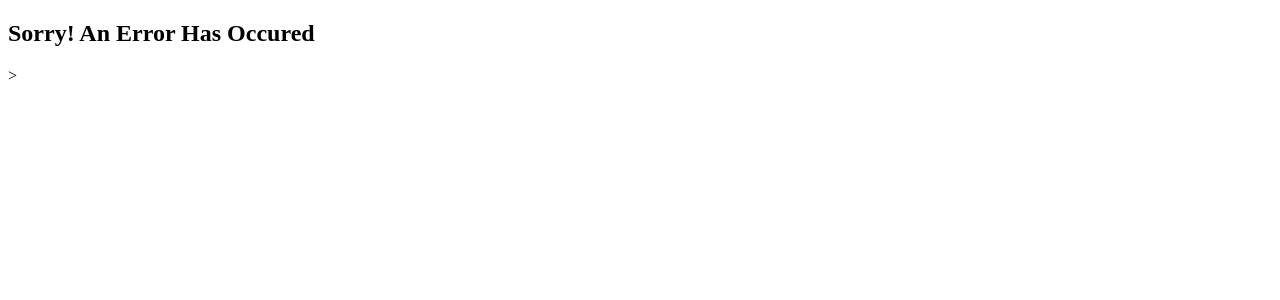
Repository: nagarjuna0287/workspace
Page: http://localhost/JspProject/error.jsp
These files come from the project's save history. The page is drawn as it stood at one moment and after the next save; the edit follows.
The browser window is 1280 px wide. The pictures show the whole page.
The page is served by Tomcat 9.

Above is the page before, as saved 2017-03-12 19:39:04.

After the next save:
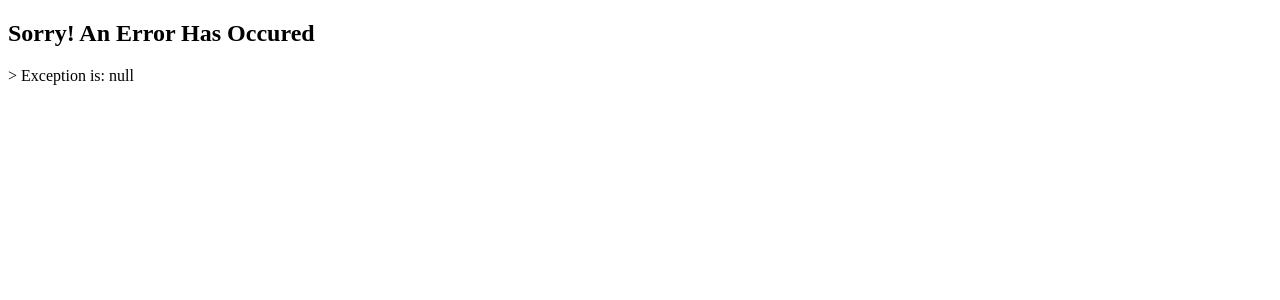
Saved 2 min 4 s later.
--- a/JspProject/WebContent/error.jsp
+++ b/JspProject/WebContent/error.jsp
@@ -9,5 +9,6 @@
 <body>
 <%@ page isErrorPage="true" %>
 <h2>Sorry! An Error Has Occured</h2>>
+Exception is: <%= exception %>
 </body>
 </html>
